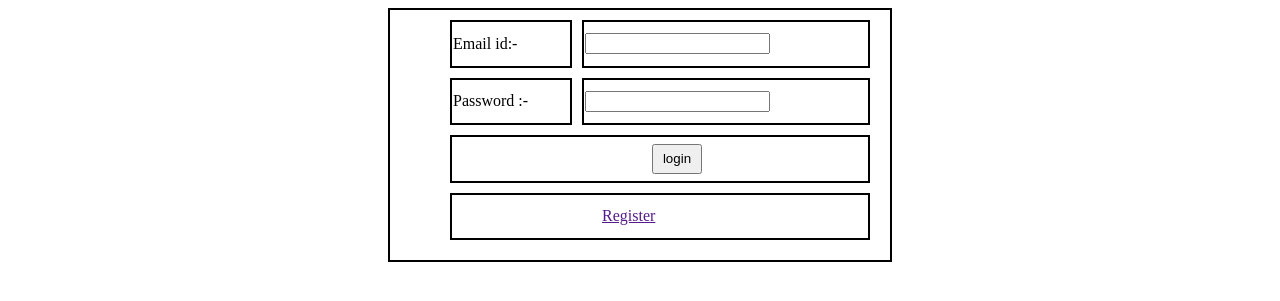
Repository: ShivrajMPujari/ServletApplication
Page: LoginReg/WebContent/index.html
An editor plug-in stored every save of this project. The page is shown before and after the next save, followed by the edit.
The browser window is 1280 px wide. The pictures show the whole page.

Above is the page before, as saved 2018-07-09 06:16:42.

### LoginReg/WebContent/index.html
<!DOCTYPE html>
<html>
<head>
<meta charset="UTF-8">
<title>Insert title here</title>
<link rel="stylesheet" href="index.css"/>
</head>
<body>

<div class="tableDiv">
<form action="">
<table class="loginTabel" cellspacing="10">
<tr>
	<td> Email id:- </td> <td> <input type="email" /></td>
</tr>

<tr>
	<td>Password :- </td> <td> <input type="password" /> </td>
</tr>

<tr>
<td colspan="2"  class="submitButton"  > <input class="btn"type="submit" value="login" /></td>
</tr>

<tr>
<td colspan="2" class="register"> <a href="">Register</a></td>
</tr>
</table>
</form>
</div>
</body>
</html>

### LoginReg/WebContent/index.css
@CHARSET "UTF-8";

.tableDiv{
	height:250px;
	width:500px;
	margin:auto;
	border:2px solid black;
}
.loginTabel{

	height:240px;
	width:480px;
	margin:auto;
	padding-left: 40px;
}
tr,td{
	height: 35px;
	border:2px solid black;
}
.submitButton{
	padding-left:200px;

}
.btn{
	height: 30px;
	width:50px;
}
.register{

	padding-left:150px;
}

After the next save:
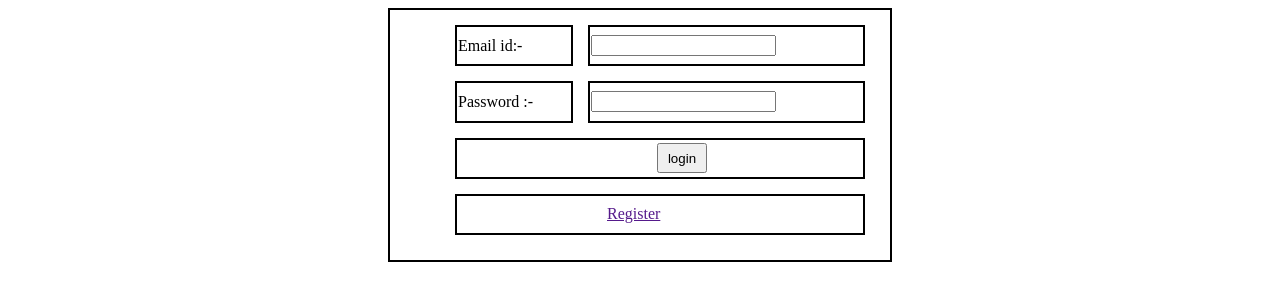
Saved 12 s later.
--- a/LoginReg/WebContent/index.html
+++ b/LoginReg/WebContent/index.html
@@ -9,7 +9,7 @@
 
 <div class="tableDiv">
 <form action="">
-<table class="loginTabel" cellspacing="10">
+<table class="loginTabel" cellspacing="15">
 <tr>
 	<td> Email id:- </td> <td> <input type="email" /></td>
 </tr>
